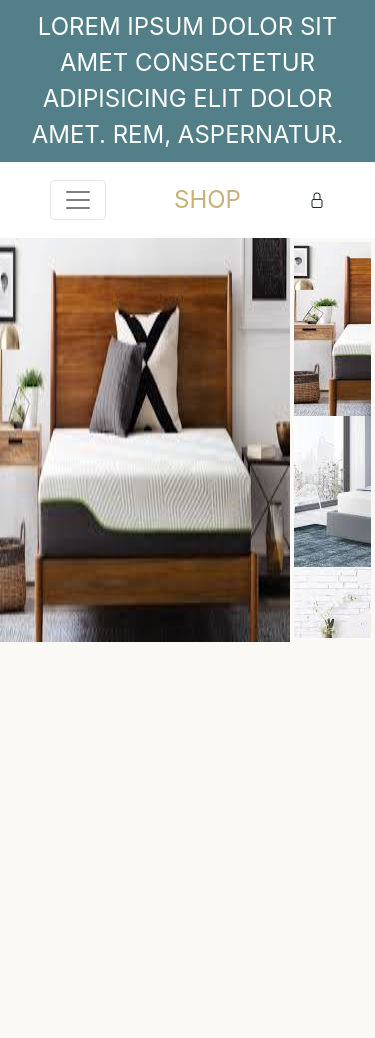
Repository: DaNiels89/frontendassignmentbogbootcamp
Page: index.html
These files come from the project's save history. The page is drawn as it stood at one moment and after the next save; the edit follows.
The browser window is 375 px wide. The pictures show the whole page.

Above is the page before, as saved 2020-03-19 21:04:33.

After the next save:
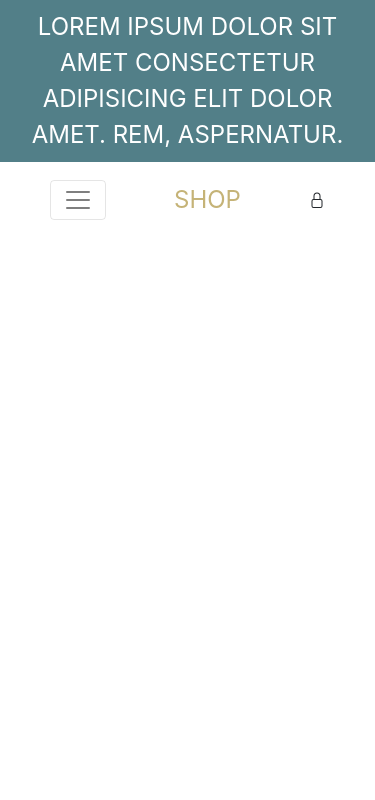
Saved 98 s later.
--- a/css/styles.css
+++ b/css/styles.css
@@ -63,7 +63,9 @@
 
 /* Extra small devices (phones, 600px and down) */
 @media only screen and (max-width: 600px) {
-  ...;
+  .carousel-outer-div {
+    display: none;
+  }
 }
 
 /* Small devices (portrait tablets and large phones, 600px and up) */
